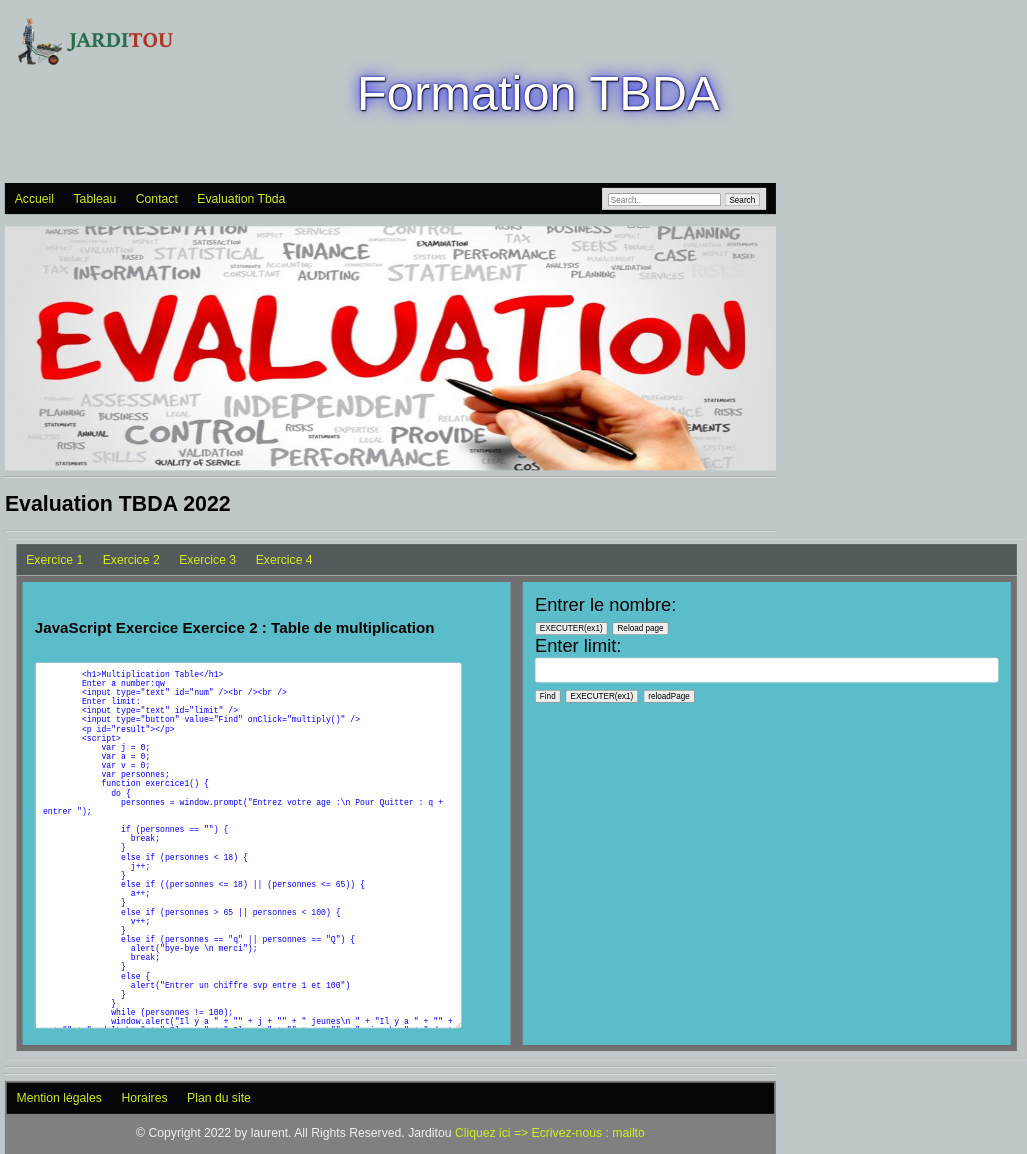
Repository: laurentbul/jarditou
Page: javascript/EvaluationTbda/ex1.html
These files come from the project's save history. The page is drawn as it stood at one moment and after the next save; the edit follows.
The browser window is 1280 px wide. The page is 1684 px wide, so the pictures cover 1684 px, including what lies to the right of the window. The pictures show the whole page, at 61% of full size.
An inner scrolling area shows only its first screen.

Above is the page before, as saved 2022-12-15 20:46:09.

### javascript/EvaluationTbda/ex1.html
<!DOCTYPE html>
<html lang="fr">

<head>
    <meta charset="UTF-8">
    <meta http-equiv="X-UA-Compatible" content="IE=edge">
    <meta name="viewport" content="width=device-width, initial-scale=1.0">
    <title>cours exercices HTML</title>
    <link rel="stylesheet" href="../assets/css/style.css" />
    <style>
        .flex-container2 {
            display: flex;
            background-color: rgb(114, 111, 113);
            justify-content: center;
        }

        .flex-container2>div {
            background-color: #5cbdca;
            margin: 10px;
            padding: 20px;
            font-size: 30px;
            width: 800px;
        }
    </style>
</head>

<body>
    <div class="flex-container">
        <div class="logo"><img src="../assets/img/jarditou_logo.png" alt="jarditou logo" title="jarditou logo"
                height="80" />
        </div>
        <div>
            <p class="slogan">Formation TBDA </p>
        </div>
    </div>
    <nav>
        <ul>
            <li><a href="../index.html">Accueil</a></li>
            <li><a href="../table.html">Tableau</a></li>
            <li><a href="../contact.html">Contact</a></li>
            <li><a href="../EvaluationTbda/evaluation_tbda.html">Evaluation Tbda</a></li>
            <li class="search-container">
                <div>
                    <form action="/action_page.php">
                        <input type="text" class="searchinput" placeholder="Search.." name="search" />
                        <button type="submit">Search</button>
                    </form>
                </div>
            </li>
        </ul>
    </nav>
    <img src="../assets/img/evaluation2.jpg" width="500" height="400" alt="qu'est ce que html" class="imgpromotion"
        title="promotion jarditou" />
    <hr />
    <h1>Evaluation TBDA 2022</h1>
    <hr>
    <fieldset>
        <nav style="padding:1px 0; font-size:20px;">
            <ul style="background-color: #525a5b;">
                <li><a href="eval_ex1.html">Exercice 1 </a></li>
                <li><a href="eval_ex2.html">Exercice 2 </a></li>
                <li><a href="eval_ex3.html">Exercice 3</a></li>
                <li><a href="eval_ex4.html">Exercice 4</a></li>
            </ul>
        </nav>
        <div class="flex-container2">
            <div id="code">
                <h5>JavaScript Exercice Exercice 2 : Table de multiplication</h5>
                <textarea style="height: 600px;width: 700px; color: blue;">
        <h1>Multiplication Table</h1>
        Enter a number:qw
        <input type="text" id="num" /><br /><br />
        Enter limit:
        <input type="text" id="limit" />
        <input type="button" value="Find" onClick="multiply()" />
        <p id="result"></p>
        <script>
            var j = 0;
            var a = 0;
            var v = 0;
            var personnes;
            function exercice1() {
              do {
                personnes = window.prompt("Entrez votre age :\n Pour Quitter : q + entrer ");

                if (personnes == "") {
                  break;
                }
                else if (personnes < 18) {
                  j++;
                }
                else if ((personnes <= 18) || (personnes <= 65)) {
                  a++;
                }
                else if (personnes > 65 || personnes < 100) {
                  v++;
                }
                else if (personnes == "q" || personnes == "Q") {
                  alert("bye-bye \n merci");
                  break;
                }
                else {
                  alert("Entrer un chiffre svp entre 1 et 100")
                }
              }
              while (personnes != 100);
              window.alert("Il y a " + "" + j + "" + " jeunes\n " + "Il y a " + "" + a + "" + " adulte\n " + " Il y a " + " Il y a " + "" + v + "" + " vieux\n " + " dont " + " 1 " + "" + " centenaire ");
              document.getElementById("ex1").innerHTML = "Il y a " + "" + j + "" + " jeunes\n " + "Il y a " + "" + a + "" + " adulte\n " + " Il y a " + " Il y a " + "" + v + "" + " vieux\n " + " dont " + " 1 " + "" + " centenaire ";
              //document.write("Il y a " + "" + j + "" + " jeunes\n " + "Il y a " + "" + a + "" + " adulte\n " + " Il y a " + " Il y a " + "" + v + "" +" vieux\n " + " dont "+ " 1 " + "" + " centenaire ");
            }
            function myFunction() {
              location.reload();
            }
            function reset() {
              document.getElementById("myForm").reset();
            }
          </script>
    </textarea>
            </div>
            <div id="ex1">
                <div>
                    Entrer le nombre:
                    <div><input type="button" onclick="exercice1()" value="EXECUTER(ex1)">
                        <input type="button" onclick="myFunction()" value="Reload page">
                    </div>
                    Enter limit:
                    <input type="text" id="limit" />
                    <input type="button" value="Find" onClick="multiply()" />
                    <input type="button" onclick="multiply() " value="EXECUTER(ex1)">
                    <input type="button" onclick="myFunction()" value="reloadPage">
                    <p id="result"></p>
                </div>
            </div>
        </div>
    </fieldset>
    <hr>
    <script>
        var j = 0;
        var a = 0;
        var v = 0;
        var personnes;
        function exercice1() {
          do {
            personnes = window.prompt("Entrez votre age :\n Pour Quitter : q + entrer ");

            if (personnes == "") {
              break;
            }
            else if (personnes < 18) {
              j++;
            }
            else if ((personnes <= 18) || (personnes <= 65)) {
              a++;
            }
            else if (personnes > 65 || personnes < 100) {
              v++;
            }
            else if (personnes == "q" || personnes == "Q") {
              alert("bye-bye \n merci");
              break;
            }
            else {
              alert("Entrer un chiffre svp entre 1 et 100")
            }
          }
          while (personnes != 100);
          window.alert("Il y a " + "" + j + "" + " jeunes\n " + "Il y a " + "" + a + "" + " adulte\n " + " Il y a " + " Il y a " + "" + v + "" + " vieux\n " + " dont " + " 1 " + "" + " centenaire ");
          document.getElementById("ex1").innerHTML = "Il y a " + "" + j + "" + " jeunes\n " + "Il y a " + "" + a + "" + " adulte\n " + " Il y a " + " Il y a " + "" + v + "" + " vieux\n " + " dont " + " 1 " + "" + " centenaire ";
          //document.write("Il y a " + "" + j + "" + " jeunes\n " + "Il y a " + "" + a + "" + " adulte\n " + " Il y a " + " Il y a " + "" + v + "" +" vieux\n " + " dont "+ " 1 " + "" + " centenaire ");
        }
        function myFunction() {
          location.reload();
        }
        function reset() {
          document.getElementById("myForm").reset();
        }
      </script>
    <hr>
    <footer>
        <nav>
            <ul>
                <li><a href="mentionlegale.html">Mention légales</a></li>
                <li><a href="horaire.html">Horaires</a></li>
                <li><a href="plandusite.html">Plan du site</a></li>
            </ul>
        </nav>
        <p style="color: rgb(244, 238, 238);">
            &copy; Copyright 2022 by laurent. All Rights Reserved. Jarditou
            <a href="mailto:dave.loper@afpa.fr" title="Nous contacter">
                Cliquez ici => Ecrivez-nous : mailto
            </a>
        </p>
    </footer>
</body>

</html>

### javascript/assets/css/style.css
body {
  font-family: Arial, Helvetica, sans-serif;
  padding: 0px;
  background-color: rgb(192, 199, 201);
  font-size: 20px;
  height: 1500px;
}
h1{font-size: 35px;
}
h2{font-size: 20px;
}
.flex-container {
  display: flex;
}

.flex-container>div {
  padding: 20px;
}

.jarditou_logo {
  height: 80px;
}

.slogan {
  color: white;
  text-shadow: 1px 1px 2px black, 0 0 25px blue, 0 0 5px darkblue;
  font-size: 40px;
  margin-left: 250px;
  font-size: 80px;
}

ul {
  list-style-type: none;
  margin: 0;
  padding: 0;
  overflow: hidden;
  background-color: rgb(5, 5, 5);
}

li {
  float: left;
}

li a {
  display: block;
  color: white;
  text-align: center;
  padding: 14px 16px;
  text-decoration: none;
}

li a:hover:not(.active) {
  background-color: rgb(240, 10, 10);
}

.active {
  background-color: #4caf50;
}

a:link {
  color: rgb(214, 235, 28);
  background-color: transparent;
  text-decoration: none;
}

ul.a {

  background-color: rgb(179, 167, 167);

  color:rgb(42, 226, 211);

}


aside {
  width: 30%;
  height: 25%px;
  padding-left: 15px;
  float: right;
  font-style: italic;
  background-color: lightgray;
  margin-right: 60px;
  /*display:none */ /*===========correction =======================*/
}



.imgpromotion {
  display: block;
  margin-top: 20px;
  margin-left: auto;
  margin-right: auto;
  width: 100%;
}


footer {
  text-align: center;
  padding: 3px;
  background-color: gray;
  color: white;
}


.search-container {
  float: right;
  padding: 6px 10px;
  margin-top: 8px;
  margin-right: 16px;
  background: #ddd;
  font-size: 20px;
  border: none;
  cursor: pointer;
}


* {
  box-sizing: border-box;
}

input[type=text]:not(.searchinput),
select,
textarea {
  width: 100%;
  padding: 12px;
  border: 1px solid #ccc;
  border-radius: 4px;
  resize: vertical;
}



input[type=submit] {
  display: block;
  margin: 0px;
  width: 100%;
  padding: 12px;
  background-color: rgb(211, 211, 212);
}


input[type=submit]:hover {
  background-color: #d6c82f;
}

.container {
  border-radius: 5px;
  background-color: #af1818;
  padding: 20px;
}

#pays {
  font-size: 20px;
}

#birthday {
  font-size: 20px;
}

table {
  margin-bottom: 50px;
  margin-left: 100px;
}


th,
td {
  border: 1px solid black;
  border-collapse: collapse;
  margin-left: 100px;
  margin-bottom: 10px;
  background-color: #3f3324;
}

th {
  background-color: gray;
}

tr {
  color: azure;
}

table {
  width: 50%;
}

.btncontact {
  height: 45px;
  width: 200px;
  background-color: hsl(127, 4%, 46%);
  font-size: 20px;
  margin-left: 100px;
}

.btncontact:hover {
  background-color: #6ab0d8;
  color: white;
}

/* Responsive layout - when the screen is less than 768px wide, make the two columns stack on top of each other instead of next to each other */
@media screen and (max-width: 768px) {

  body {

    background-color: lavender;
    font-size: 14px;
  }


  .flex-container {
    display: flex;
  }

  .flex-container>div {
    padding: 0px;

  }

  .jarditou_logo {
    height: 80px;
  }

  .slogan {
    color: white;
    text-shadow: 1px 1px 2px black, 0 0 25px blue, 0 0 5px darkblue;
    margin-left: 0px;
    font-size: 40px;
  }

  ul {
    list-style-type: none;
    background-color: #367791;
    width: 768px;
  }

  li {
    background-color: rgb(10, 10, 10);
    display: flex;
    justify-content: center;
    width: 768px;
  }

  li a:hover:not(.active) {
    background-color: rgb(240, 10, 10);
  }

  aside{
    visibility: hidden;
}


}

.error{
  color: rgb(197, 22, 22);
}

After the next save:
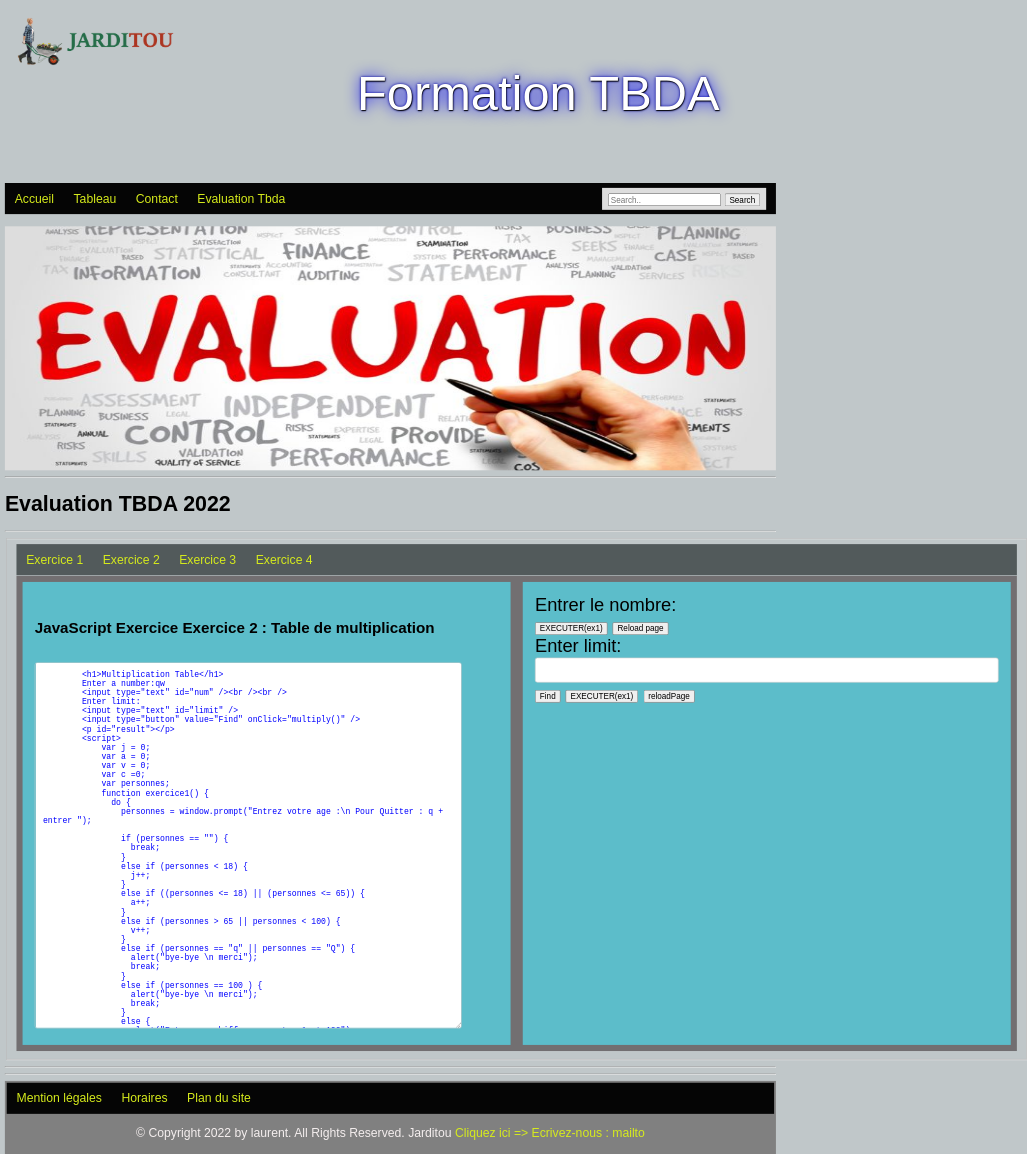
Saved 4 min 14 s later.
--- a/javascript/EvaluationTbda/ex1.html
+++ b/javascript/EvaluationTbda/ex1.html
@@ -78,6 +78,7 @@
             var j = 0;
             var a = 0;
             var v = 0;
+            var c =0;
             var personnes;
             function exercice1() {
               do {
@@ -99,11 +100,15 @@
                   alert("bye-bye \n merci");
                   break;
                 }
+                else if (personnes == 100 ) {
+                  alert("bye-bye \n merci");
+                  break;
+                }
                 else {
                   alert("Entrer un chiffre svp entre 1 et 100")
                 }
               }
-              while (personnes != 100);
+              while (personnes <= 100);
               window.alert("Il y a " + "" + j + "" + " jeunes\n " + "Il y a " + "" + a + "" + " adulte\n " + " Il y a " + " Il y a " + "" + v + "" + " vieux\n " + " dont " + " 1 " + "" + " centenaire ");
               document.getElementById("ex1").innerHTML = "Il y a " + "" + j + "" + " jeunes\n " + "Il y a " + "" + a + "" + " adulte\n " + " Il y a " + " Il y a " + "" + v + "" + " vieux\n " + " dont " + " 1 " + "" + " centenaire ";
               //document.write("Il y a " + "" + j + "" + " jeunes\n " + "Il y a " + "" + a + "" + " adulte\n " + " Il y a " + " Il y a " + "" + v + "" +" vieux\n " + " dont "+ " 1 " + "" + " centenaire ");
